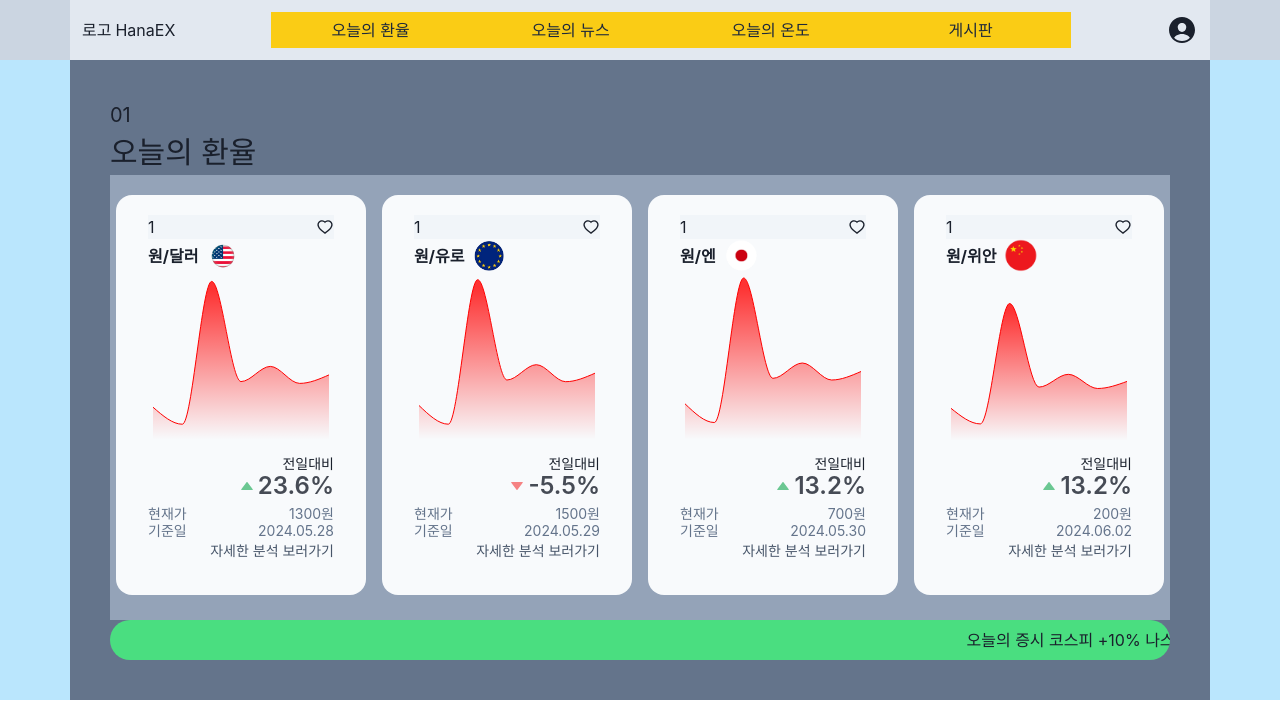
Repository: HANAEX/FRONT
Page: /
The author's editor kept a copy of each file at every save. The page is drawn from the files as they stood at one save, then again after the next save.
The browser window is 1280 px wide. The pictures show the whole page.
The project was rebuilt for these pictures with package versions that can differ from the ones it lists, and the page was loaded fresh each time. Also part of the build but not shown: src/pages/LoginPage.js, src/pages/MyPage.js, src/components/Toggle.js, src/components/SementicCard.js, src/pages/SemanticPage.js, src/components/NewsCard.js, src/pages/NewsPage.js, src/components/CloudChart.js and 6 more.

Above is the page before, as saved 2024-08-13 19:45:37.

### src/App.js
import { BrowserRouter, Route, Routes } from 'react-router-dom';
import { ChakraProvider } from '@chakra-ui/react'
import MainPage from './pages/MainPage';
import LoginPage from './pages/LoginPage';
import MyPage from './pages/MyPage';
import SemanticPage from './pages/SemanticPage';
import NewsPage from './pages/NewsPage';
import BoardPage from './pages/BoardPage';
import AppOut from './AppOut';
import MainPageDetail from './pages/MainPageDetail';
import SemanticPageDetail from './pages/SemanticPageDetail';

function App() {
  return (
    <ChakraProvider>
    <BrowserRouter>
    <Routes>
      <Route path='/' element={<AppOut />}>
        <Route path='' element={<MainPage />} />
        <Route path="Login" element={<LoginPage />}/>
        <Route path="My" element={<MyPage />} />
        <Route path="Semantic" element={<SemanticPage />} />
        <Route path="News" element={<NewsPage />} />
        <Route path="Board" element={<BoardPage />} />
        <Route path="MainPageDetail" element={<MainPageDetail />} />
        <Route path="SemanticPageDetail" element={<SemanticPageDetail />} />
      </Route>
    </Routes>
    </BrowserRouter>
    </ChakraProvider>
  );
}

export default App;

### src/pages/MainPage.js
import React, {useEffect, useState} from 'react'
import { Text } from '@chakra-ui/react'
import ChartCard from '../components/ChartCard'
import FlowText from '../components/FlowText'
import { SERVER_URL } from '../data/Server_Url'
import axios from 'axios'


const MainPage = () => {
  const [consumData, setConsumData] = useState([]);
  useEffect(() => {
    const getUseHistory = async () => {
      try {
        const result = await axios.get(SERVER_URL + "data.json");
        console.log(result.data.data[1]);
        setConsumData(result.data.data);
      } catch (error) {
        console.log(error);
      }
    }
    getUseHistory();
  }, [])

  return (
    <>
    <div className='w-[1140px] h-[calc(100vh-80px)] bg-slate-500 flex flex-col py-10 px-10'>
      <Text fontSize='xl'>01</Text>
      <Text fontSize='3xl'>오늘의 환율</Text>
      <div className='w-full flex-grow bg-slate-400 py-5'>
        <div name="chart-box" className='flex justify-center gap-4'>
          {consumData.map((data, index) => (
            <ChartCard
              key={index}
              name={data.name}
              imageUrl={data.imageUrl}
              currentPrice={data.currentPrice}
              increase={data.increase}
              date={data.date}
              chartData={data.chartData}
            />
          ))}
        </div>
      </div>
      <FlowText />
    </div>
    </>
  )
}

export default MainPage

### src/AppOut.js
import React from 'react'
import { Outlet } from 'react-router'
import NavBar from './components/NavBar'

const AppOut = () => {
  return (
    <>
      <div className='w-screen flex justify-center bg-slate-300'>
        <NavBar />
      </div>
      <div className='w-screen flex justify-center bg-sky-200'>
        <Outlet />
      </div>
    </>
  )
}

export default AppOut

### src/components/ChartCard.js
import React, { useState } from 'react'
import { ResponsiveContainer, Area, Tooltip, AreaChart } from 'recharts';
import {
  Stat,
  StatLabel,
  StatNumber,
  StatHelpText,
  StatArrow,
  Box,
  Image,
  HStack,
  Text
} from '@chakra-ui/react'

import { AiOutlineHeart, AiFillHeart } from "react-icons/ai";
import { Link } from 'react-router-dom';

const ChartCard = ({ name, increase, imageUrl, currentPrice, date, chartData }) => {
  const [heart, setHeart] = useState(false);
  const handleHeart = () => {
    setHeart(!heart)
  }
  return (
    <div to={"/MainPageDetail"} name="card-container" className='w-[250px] h-[400px] px-8 py-5 bg-slate-50 rounded-2xl'>
      {/* card 상단 */}
      <div name="card-top" className='bg-slate-100 py-0 flex justify-between items-center'>
        <Text>1</Text>
        <div onClick={handleHeart}>
        {heart ? <AiFillHeart className='text-lg text-red-700'/> : <AiOutlineHeart className='text-lg' />}
        </div>
      </div>

      {/* card 원달러 이미지 */}
      <HStack>
        <Text as={'b'} fontSize='1xl'>
          {name}
          {/* 원/달러 */}
        </Text>
        <Box className='w-[34px] h-[34px]'>
          <Image src={imageUrl} alt='Dan Abramov' />
        </Box>
      </HStack>

      {/* card 차트 */}
      <ResponsiveContainer width="100%" height="50%">
        <AreaChart width={300} height={100} data={chartData}>
          <defs>
            <linearGradient id="colorPv" x1="0" y1="0" x2="0" y2="1">
              <stop offset="5%" stopColor="#FF0000" stopOpacity={0.8}/>
              <stop offset="95%" stopColor="#FF0000" stopOpacity={0}/>
            </linearGradient>
          </defs>
          <Tooltip />
          <Area type="monotone" dataKey="pv" stroke="#FF0000" fillOpacity={2} fill="url(#colorPv)" />
        </AreaChart>
      </ResponsiveContainer>

      <div name="card-foot" className='flex justify-end'>
          <Stat>
            <StatLabel className='flex justify-end'>전일대비</StatLabel>
            <StatHelpText lineHeight={1} className='flex justify-end items-center'>
              <StatArrow type={increase >= 0 ? 'increase' : 'decrease'} />
              <StatNumber>{ increase + "%"}</StatNumber>
            </StatHelpText>
      </Stat>
      </div>
      <div className='flex justify-between'>
        <Text fontSize='sm' lineHeight={1.2} className='text-slate-500'>현재가</Text>
        <Text fontSize='sm' lineHeight={1.2} className='text-slate-500'>
          { currentPrice + "원" }
        </Text>
      </div>
      <div className=' flex justify-between'>
        <Text fontSize='sm' lineHeight={1.2} className='text-slate-500'>기준일</Text>
        <Text fontSize='sm' lineHeight={1.2} className='text-slate-500'>{date}</Text>
      </div>
      <Text fontSize={'sm'} className='flex justify-end text-slate-600'>자세한 분석 보러가기</Text>
    </div>
  )
}



export default ChartCard

### src/components/FlowText.js
import React from 'react'
import styled, {keyframes}from "styled-components";


const FlowText= () => {
  return (
    <div className='rounded-full h-10 bg-green-400 overflow-hidden flex items-center'>
    <TextFlow className='w-full'>
      오늘의 증시 코스피 +10% 나스닥 -10%
    </TextFlow>
    </div>
  )
}

export default FlowText

const TextFlowAni = keyframes`
  0% {
    transform: translateX(100%);
  }
  100% {
    transform: translateX(-100%);
  }
`
const TextFlow = styled.div`
  white-space: nowrap;
  overflow: hidden;
  animation: ${TextFlowAni} 5s linear infinite;
`

### src/data/Server_Url.js
export const SERVER_URL = '/';

### src/css/style.css
#app {
  height: 100%;
}
html,
body {
  position: relative;
  height: 100%;
}
.swiper {
  width: 100%;
  height: 100%;
  margin-top: 20px;
}
.swiper-slide {
  text-align: center;
  font-size: 18px;
  background: transparent;

  /* Center slide text vertically */
  display: flex;
  justify-content: center;
  /* align-items: center; */
}

### src/components/NavBar.js
import React from 'react'
import Menu from './Menu'
import { IoPersonCircle } from "react-icons/io5";
import { Link } from 'react-router-dom';

const NavBar = () => {
  return (
    <nav className='w-[1140px] h-[60px] bg-slate-200'>
      <div name="nav-container" className='w-full h-full flex items-center justify-between p-3'>
        <div name='logobox' className='flex gap-1'>
          <div name='logo'>로고</div>
          <div name='title'>HanaEX</div>
        </div>
        <div name='menus'className='h-full flex items-center bg-yellow-400'>
          <Link to={"/"}><Menu menu_name="오늘의 환율"/></Link>
          <Link to={"/News"}><Menu menu_name="오늘의 뉴스"/></Link>
          <Link to={"/Semantic"}><Menu menu_name="오늘의 온도"/></Link>
          <Link to={"/Board"}><Menu menu_name="게시판"/></Link>
        </div>
        <Link to={"/My"}>
          <IoPersonCircle className='w-8 h-8'/>
        </Link>
      </div>
    </nav>
  )
}

export default NavBar

### src/components/Menu.js
import React from 'react'

const Menu = ({menu_name}) => {
  return (
    <div className='w-[200px] h-10 text-center rounded-full text-slate-800 leading-10 hover:bg-slate-700 hover:text-slate-50 transition duration-150 ease-in-out'>
      {menu_name}
    </div>
  )
}

export default Menu

### public/data.json
{
  "isSuccess": true,
  "code": 200,
  "message": "성공입니다.",
  "data": [
    {
      "index": 1,
      "name": "원/달러",
      "imageUrl": "/image/america_flag.png",
      "currentPrice": 1300,
      "date": "2024.05.28",
      "increase": 23.6,
      "chartData": [
        { "name": "Page A", "uv": 4000, "pv": 2400, "amt": 2400 },
        { "name": "Page B", "uv": 3000, "pv": 1398, "amt": 2210 },
        { "name": "Page C", "uv": 2000, "pv": 9800, "amt": 2290 },
        { "name": "Page D", "uv": 2780, "pv": 3908, "amt": 2000 },
        { "name": "Page E", "uv": 1890, "pv": 4800, "amt": 2181 },
        { "name": "Page F", "uv": 2390, "pv": 3800, "amt": 2500 },
        { "name": "Page G", "uv": 3490, "pv": 4300, "amt": 2100 }
      ]
    },
    {
      "index": 2,
      "name": "원/유로",
      "imageUrl": "/image/eu_flag.png",
      "currentPrice": 1500,
      "date": "2024.05.29",
      "increase": -5.5,
      "chartData": [
        { "name": "Page A", "uv": 4100, "pv": 2500, "amt": 2500 },
        { "name": "Page B", "uv": 3100, "pv": 1400, "amt": 2220 },
        { "name": "Page C", "uv": 2100, "pv": 9900, "amt": 2300 },
        { "name": "Page D", "uv": 2800, "pv": 4000, "amt": 2010 },
        { "name": "Page E", "uv": 1900, "pv": 4900, "amt": 2190 },
        { "name": "Page F", "uv": 2400, "pv": 3900, "amt": 2510 },
        { "name": "Page G", "uv": 3500, "pv": 4400, "amt": 2110 }
      ]
    },
    {
      "index": 3,
      "name": "원/엔",
      "imageUrl": "/image/japan_flag.png",
      "currentPrice": 700,
      "date": "2024.05.30",
      "increase": 13.2,
      "chartData": [
        { "name": "Page A", "uv": 4200, "pv": 2600, "amt": 2600 },
        { "name": "Page B", "uv": 3200, "pv": 1500, "amt": 2230 },
        { "name": "Page C", "uv": 2200, "pv": 10000, "amt": 2310 },
        { "name": "Page D", "uv": 2900, "pv": 4100, "amt": 2020 },
        { "name": "Page E", "uv": 2000, "pv": 5000, "amt": 2200 },
        { "name": "Page F", "uv": 2500, "pv": 4000, "amt": 2520 },
        { "name": "Page G", "uv": 3600, "pv": 4500, "amt": 2120 }
      ]
    },
    {
      "index": 4,
      "name": "원/위안",
      "imageUrl": "/image/chinese_flag.png",
      "currentPrice": 200,
      "date": "2024.06.02",
      "increase": 13.2,
      "chartData": [
        { "name": "Page A", "uv": 4400, "pv": 2800, "amt": 2800 },
        { "name": "Page B", "uv": 3400, "pv": 1700, "amt": 2250 },
        { "name": "Page C", "uv": 2400, "pv": 10200, "amt": 2330 },
        { "name": "Page D", "uv": 3100, "pv": 4300, "amt": 2040 },
        { "name": "Page E", "uv": 2200, "pv": 5200, "amt": 2220 },
        { "name": "Page F", "uv": 2700, "pv": 4200, "amt": 2540 },
        { "name": "Page G", "uv": 3800, "pv": 4700, "amt": 2140 }
      ]
    }
  ]
}

Loaded but not shown: public/index.html (common file); src/index.js (common file); src/index.css (common file); src/reportWebVitals.js (common file); tailwind.config.js (common file)

After the next save:
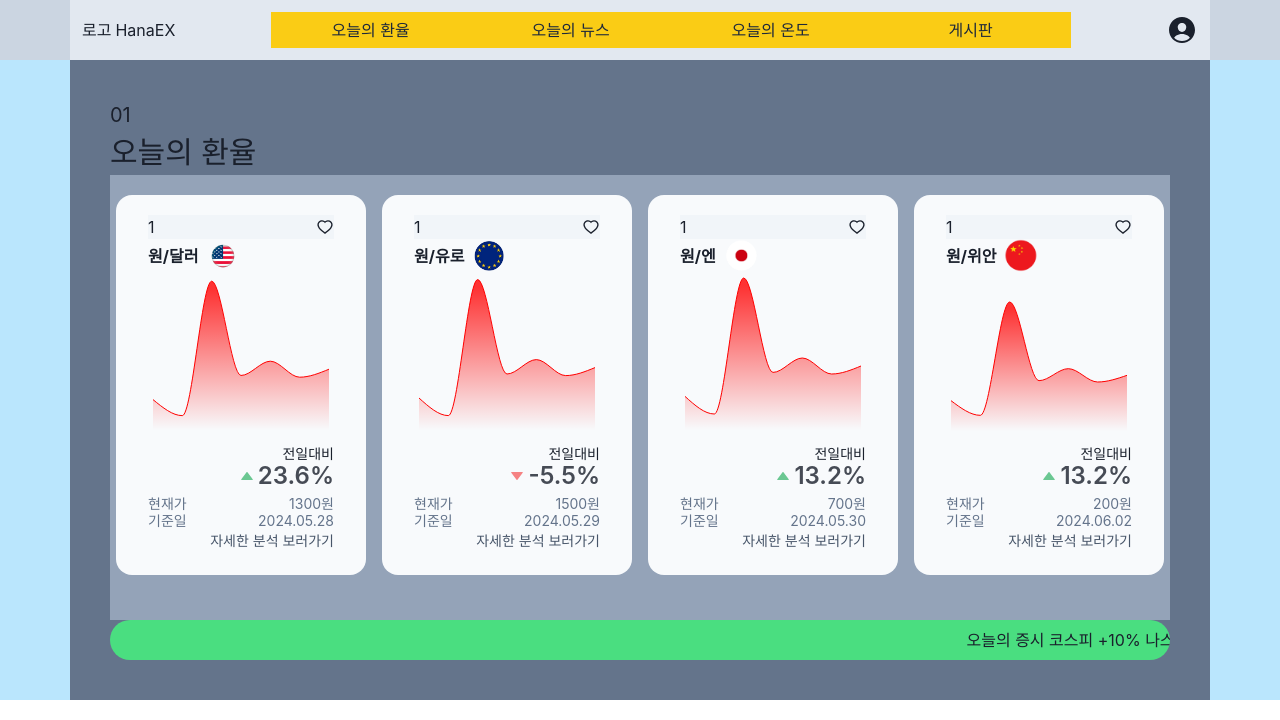
Saved 9 s later.
--- a/src/components/ChartCard.js
+++ b/src/components/ChartCard.js
@@ -21,7 +21,7 @@ const ChartCard = ({ name, increase, imageUrl, currentPrice, date, chartData })
     setHeart(!heart)
   }
   return (
-    <div to={"/MainPageDetail"} name="card-container" className='w-[250px] h-[400px] px-8 py-5 bg-slate-50 rounded-2xl'>
+    <div to={"/MainPageDetail"} name="card-container" className='w-[250px] h-[380px] px-8 py-5 bg-slate-50 rounded-2xl'>
       {/* card 상단 */}
       <div name="card-top" className='bg-slate-100 py-0 flex justify-between items-center'>
         <Text>1</Text>
